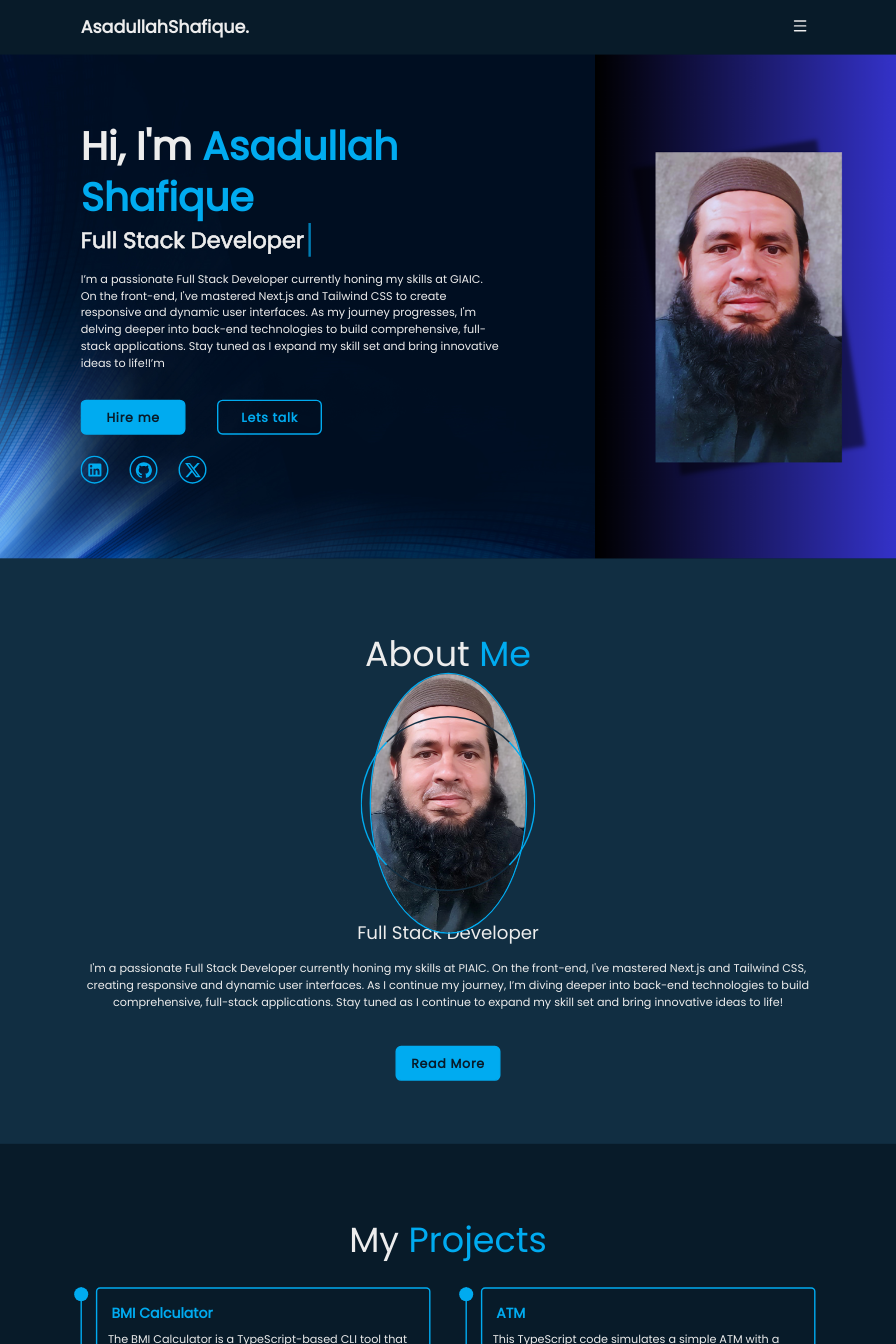
Repository: asadullah48/nextjs_projects_portfolio
Page: /
An editor plug-in stored every save of this project. The page is shown before and after a run of saves, followed by the edit.
The browser window is 1280 px wide. The pictures show the part of the page from y = 0 to 1920 px (the page is 4234 px tall), at 70% of full size.
The project was rebuilt for these pictures with package versions that can differ from the ones it lists, and the page was loaded fresh each time. The framework's server and built-in components were replaced by stand-ins that run in the browser. Also part of the build but not shown: next.config.ts.

Above is the page before, as saved 2024-11-13 13:38:21.

After the next 2 saves:
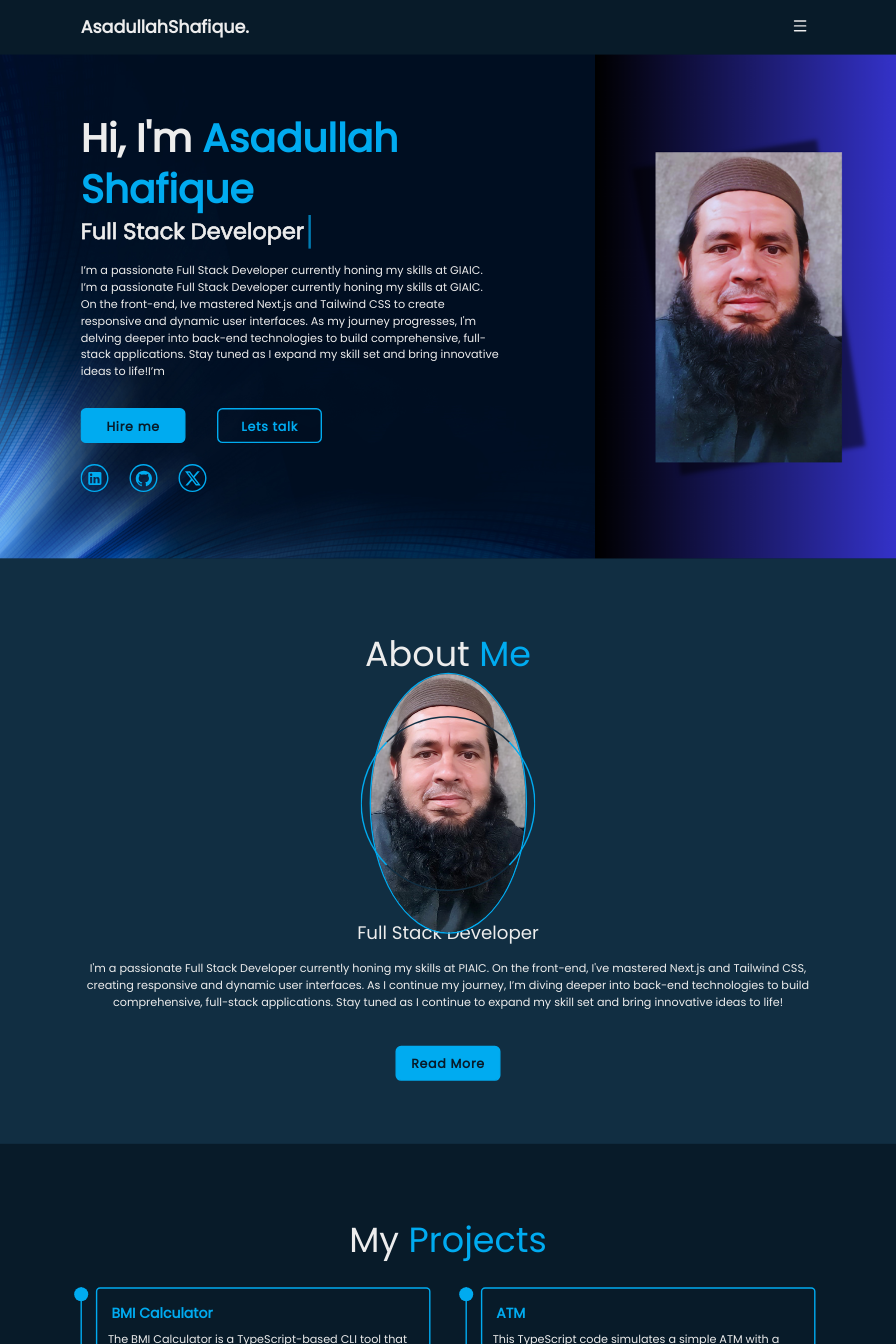
The 2 saves are shown as one change because they came seconds apart.
The last was saved 20 s later.
--- a/src/app/page.tsx
+++ b/src/app/page.tsx
@@ -133,7 +133,8 @@ active:text-[var(--main-color)]"
           </div>
           <p>
            I’m a passionate Full Stack Developer currently honing my skills at GIAIC.
-          On the front-end, I've mastered Next.js and Tailwind CSS to create responsive and dynamic user interfaces.
+           I’m a passionate Full Stack Developer currently honing my skills at GIAIC.
+           On the front-end, Ive mastered Next.js and Tailwind CSS to create responsive and dynamic user interfaces.
            As my journey progresses, I'm delving deeper into back-end technologies to build comprehensive, full-stack applications.
            Stay tuned as I expand my skill set and bring innovative ideas to life!I’m
           </p>
